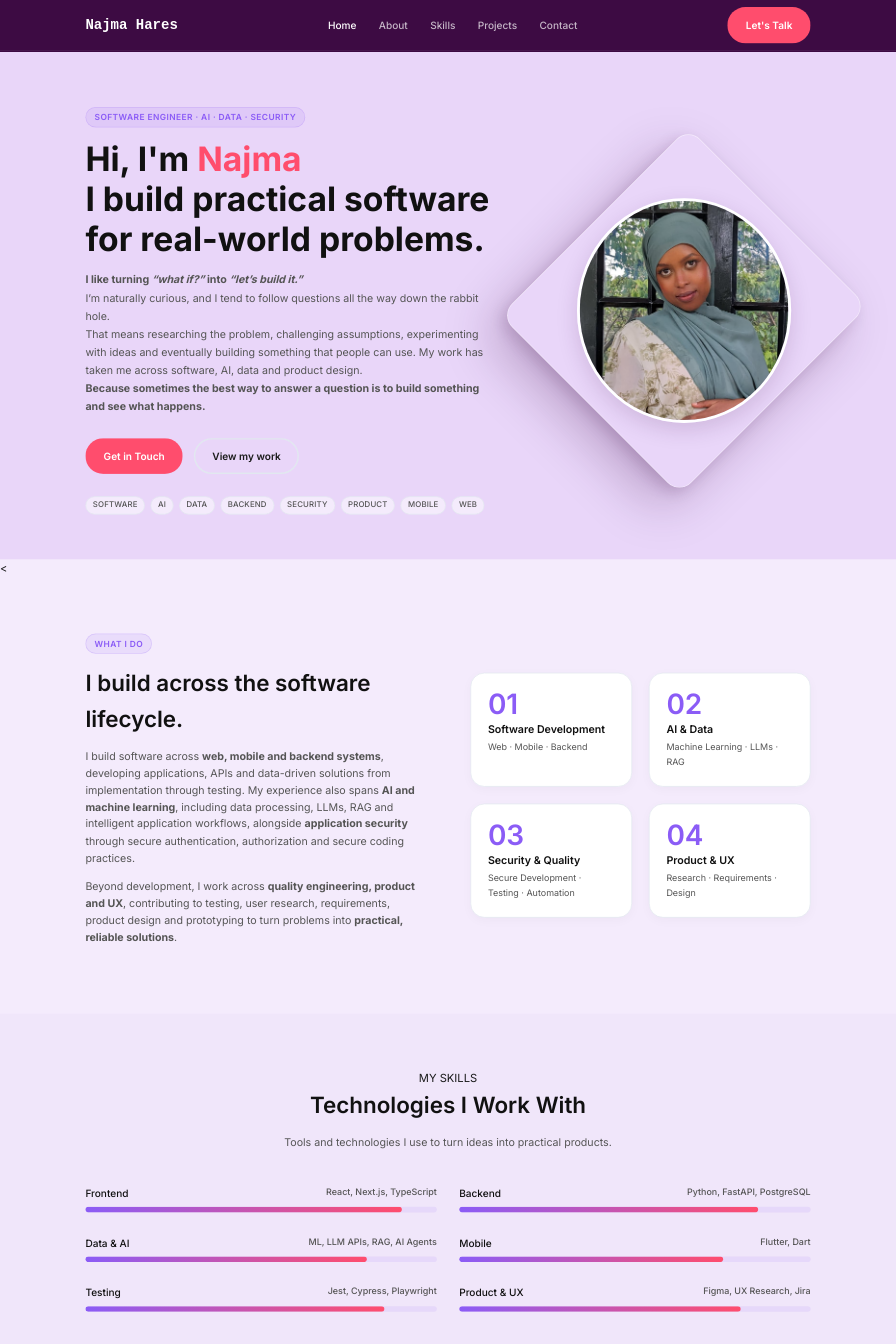
Repository: najmahares/portfolio
Page: index.html
The author's editor kept a copy of each file at every save. The page is drawn from the files as they stood at one save, then again after the next save.
The browser window is 1280 px wide. The pictures show the part of the page from y = 0 to 1920 px (the page is 3344 px tall before and 3345 px after), at 70% of full size.

Above is the page before, as saved 2026-09-19 07:12:46.

After the next save:
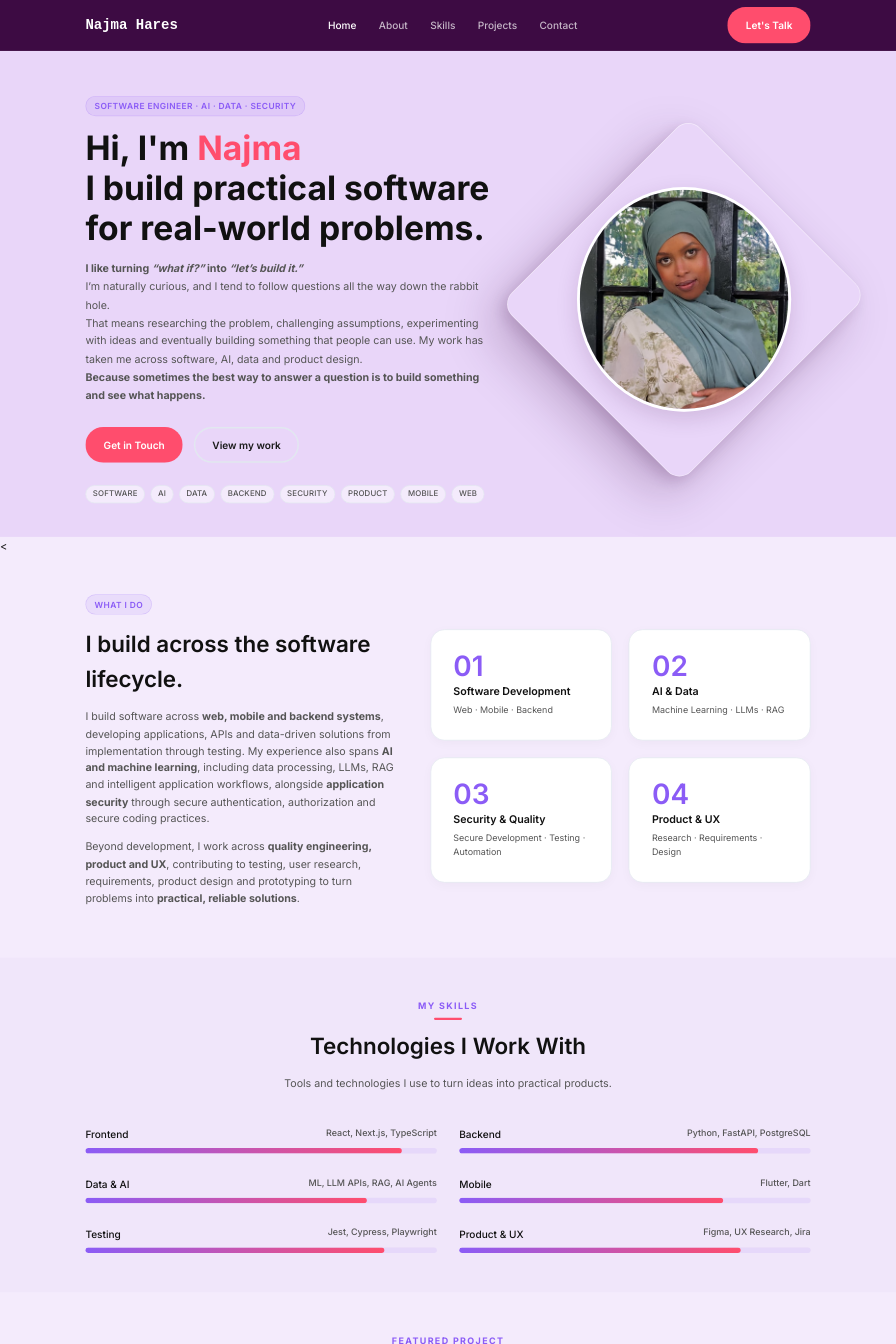
Saved 70 min 53 s later.
--- a/css/style.css
+++ b/css/style.css
@@ -528,3 +528,56 @@ p {
     0 45px 90px rgba(61, 11, 67, 0.35),
     0 15px 30px rgba(61, 11, 67, 0.2);
 }
+
+.section-tag {
+  display: inline-block;
+  font-size: 0.8rem;
+  font-weight: 700;
+  color: var(--accent-purple);
+  text-transform: uppercase;
+  letter-spacing: 0.15em;
+  margin-bottom: 0.75rem;
+  position: relative;
+}
+
+.section-tag::after {
+  content: "";
+  display: block;
+  width: 40px;
+  height: 3px;
+  background-color: var(--accent);
+  margin: 6px auto 0;
+  border-radius: 2px;
+}
+
+.section {
+  padding: 3.5rem 0;
+}
+
+.hero {
+  padding: 4rem 0 3rem;
+}
+
+.about-grid {
+  display: grid;
+  grid-template-columns: 0.9fr 1.1fr;
+  gap: 3rem;
+  align-items: center;
+}
+
+.stats-grid {
+  display: grid;
+  grid-template-columns: 1fr 1fr;
+  gap: 1.5rem;
+}
+
+.card {
+  background-color: var(--bg-card);
+  border: 1px solid var(--border);
+  border-radius: var(--border-radius);
+  padding: 2rem;
+  box-shadow: 0 4px 15px rgba(0, 0, 0, 0.03);
+  transition:
+    transform 0.3s ease,
+    box-shadow 0.3s ease;
+}
